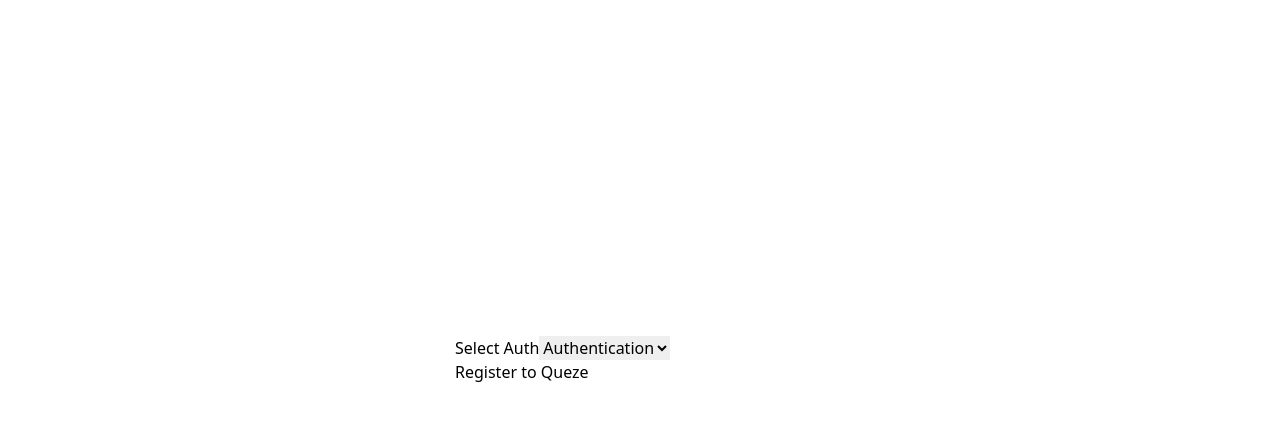
Repository: AbdalrahmanEldeep/FIBOTIC
Page: /
An editor plug-in stored every save of this project. The page is shown before and after the next save, followed by the edit.
The browser window is 1280 px wide. The pictures show the whole page.
The project was rebuilt for these pictures with package versions that can differ from the ones it lists, and the page was loaded fresh each time. Also part of the build but not shown: vite.config.js, src/pages/protecter.jsx, src/pages/exame.jsx.

Above is the page before, as saved 2023-01-06 23:06:57.

After the next save:
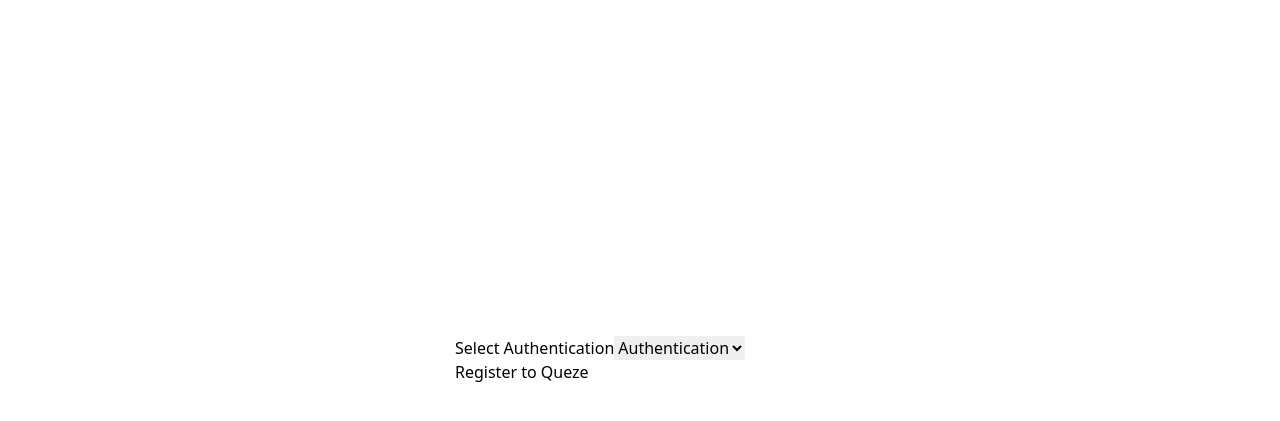
Saved 6 s later.
--- a/src/components/cntForm.jsx
+++ b/src/components/cntForm.jsx
@@ -4,7 +4,7 @@ export const CntForm = () => {
   return (
     <form className='shadow' style={{padding:"15px"}}>
             <div className="flex flex-col gap-2 items-start mb-6">
-                <label htmlFor="countries" className="block mb-2 text-sm font-medium text-gray-900 dark:text-white">Select Auth</label>
+                <label htmlFor="countries" className="block mb-2 text-sm font-medium text-gray-900 dark:text-white">Select Authentication</label>
                 <select id="countries" className="bg-gray-50 border border-gray-300 text-gray-900 text-sm rounded focus:ring-blue-500 focus:border-blue-500 block w-full p-2.5 dark:bg-gray-700 dark:border-gray-600 dark:placeholder-gray-400 dark:text-white dark:focus:ring-blue-500 dark:focus:border-blue-500">
                     <option defaultValue="Section">Authentication</option>
                     <option value="1">Admine</option>
